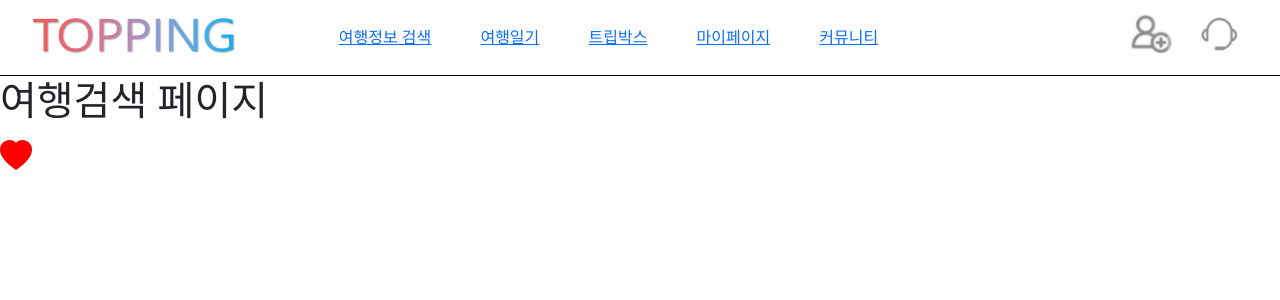
Repository: subsub1131/topping
Page: http://localhost/toppingProject/views/trip/te.jsp
These files come from the project's save history. The page is drawn as it stood at one moment and after the next save; the edit follows.
The browser window is 1280 px wide. The pictures show the whole page.
The page is served by Tomcat 9.

Above is the page before, as saved 2021-07-14 17:07:16.

After the next save:
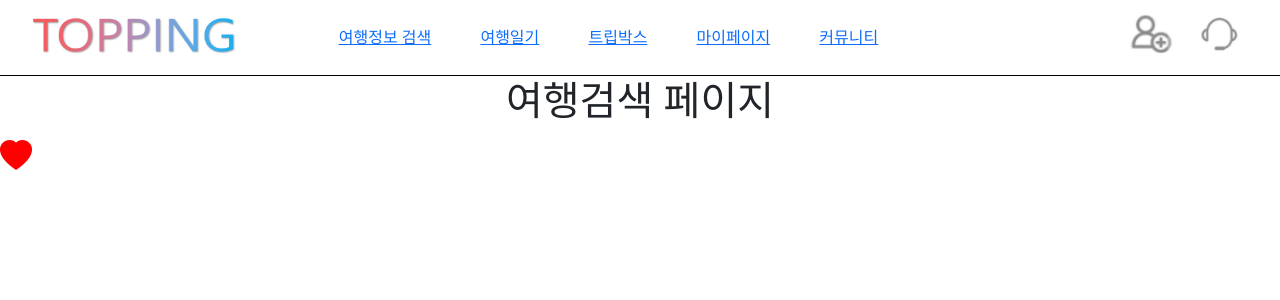
Saved 24 s later.
--- a/toppingProject/src/main/webapp/views/trip/te.jsp
+++ b/toppingProject/src/main/webapp/views/trip/te.jsp
@@ -12,7 +12,7 @@
 	<header>
 		<%@ include file="../../views/common/menubar.jsp"%>
 	</header>
-	<h1>여행검색 페이지</h1>
+	<h1 style="text-align: center;">여행검색 페이지</h1>
 	<i class="bi bi-heart-fill" style="font-size: 2rem; color: Red;"></i>
 </body>
 </html>
